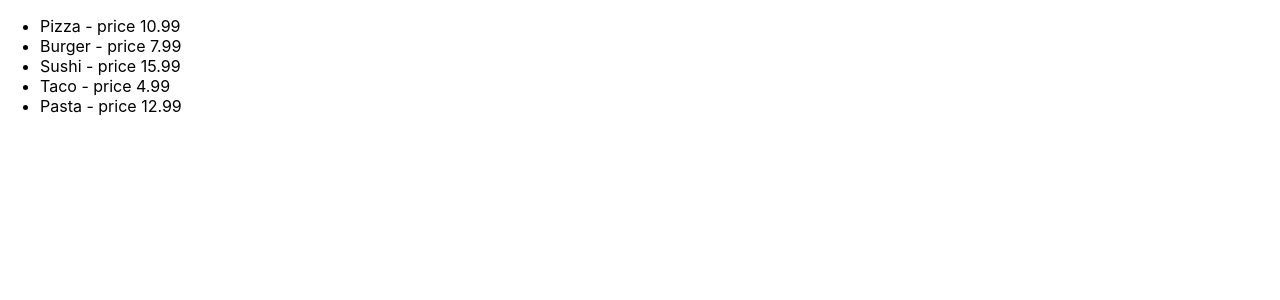
Repository: badhon252/Fullstack-Rect
Page: /
The author's editor kept a copy of each file at every save. The page is drawn from the files as they stood at one save, then again after the next save.
The browser window is 1280 px wide. The pictures show the whole page.
The project was rebuilt for these pictures with package versions that can differ from the ones it lists, and the page was loaded fresh each time. Also part of the build but not shown: src/App.css.

Above is the page before, as saved 2023-04-12 19:53:31.

After the next save:
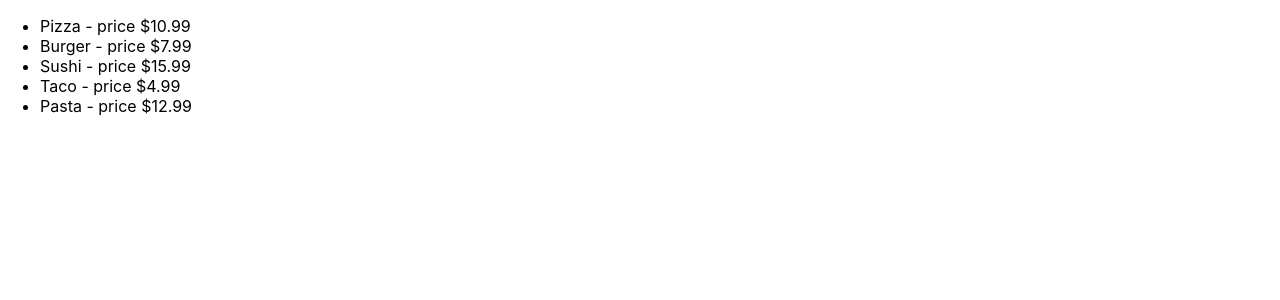
Saved 18 s later.
--- a/src/App.js
+++ b/src/App.js
@@ -29,7 +29,7 @@ import './App.css';
 function App() {
 
 const listItem = foodItems.map(dessert=>{
-  const itemText = `${dessert.name} - price ${dessert.price}`;
+  const itemText = `${dessert.name} - price $${dessert.price}`;
   return <li key={dessert.id}>{itemText}</li>
 })
 
